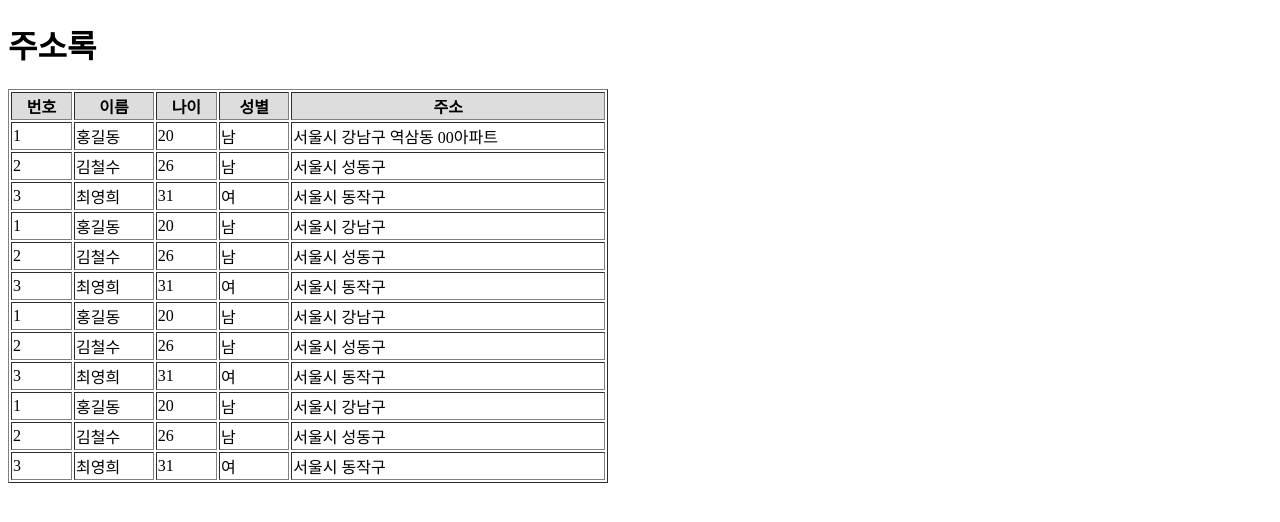
Repository: sujin9335/Front-end
Page: ClientTest/src/main/webapp/html/ex16_table.html
An editor plug-in stored every save of this project. The page is shown before and after the next save, followed by the edit.
The browser window is 1280 px wide. The pictures show the whole page.

Above is the page before, as saved 2023-09-21 01:13:47.

After the next save:
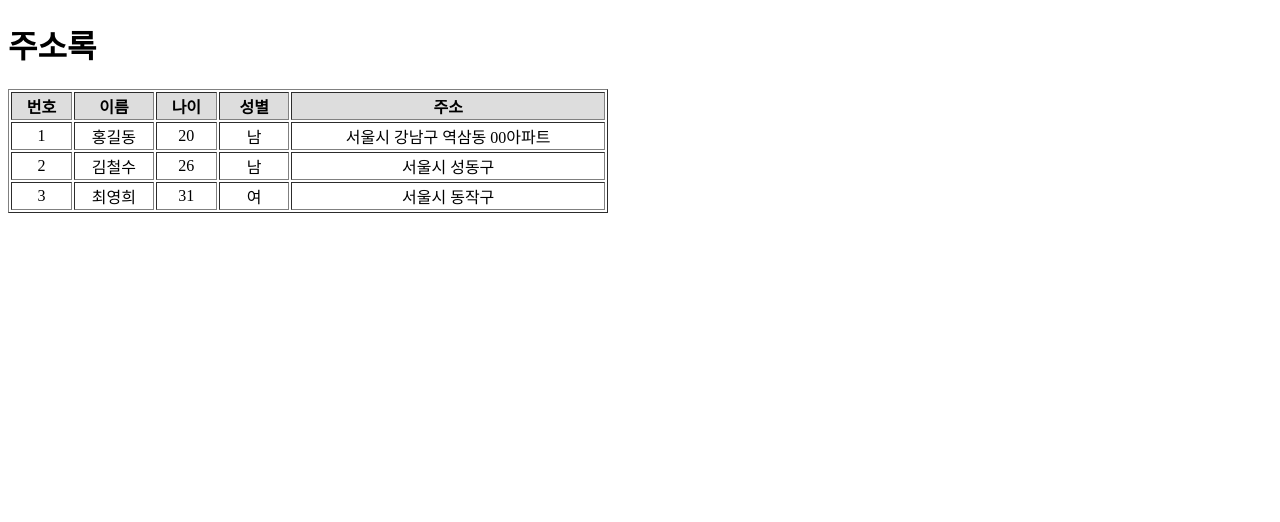
Saved 69 s later.
--- a/ClientTest/src/main/webapp/html/ex16_table.html
+++ b/ClientTest/src/main/webapp/html/ex16_table.html
@@ -42,89 +42,27 @@
 
 		-->
 		<tr>
-			<td>1</td>
-			<td>홍길동</td>
-			<td>20</td>
-			<td>남</td>
-			<td>서울시 강남구 역삼동 00아파트</td> <!-- 내용이늘면 나머지 td 가로가 줄어듬 -->
+			<td align="center">1</td>
+			<td align="center">홍길동</td>
+			<td align="center">20</td>
+			<td align="center">남</td>
+			<td align="center">서울시 강남구 역삼동 00아파트</td> <!-- 내용이늘면 나머지 td 가로가 줄어듬 -->
 		</tr>
 		<tr>
-			<td>2</td>
-			<td>김철수</td>
-			<td>26</td>
-			<td>남</td>
-			<td>서울시 성동구</td>
+			<td align="center">2</td>
+			<td align="center">김철수</td>
+			<td align="center">26</td>
+			<td align="center">남</td>
+			<td align="center">서울시 성동구</td>
 		</tr>
 		<tr>
-			<td>3</td>
-			<td>최영희</td>
-			<td>31</td>
-			<td>여</td>
-			<td>서울시 동작구</td>
+			<td align="center">3</td>
+			<td align="center">최영희</td>
+			<td align="center">31</td>
+			<td align="center">여</td>
+			<td align="center">서울시 동작구</td>
 		</tr>
-		<tr>
-			<td>1</td>
-			<td>홍길동</td>
-			<td>20</td>
-			<td>남</td>
-			<td>서울시 강남구</td>
-		</tr>
-		<tr>
-			<td>2</td>
-			<td>김철수</td>
-			<td>26</td>
-			<td>남</td>
-			<td>서울시 성동구</td>
-		</tr>
-		<tr>
-			<td>3</td>
-			<td>최영희</td>
-			<td>31</td>
-			<td>여</td>
-			<td>서울시 동작구</td>
-		</tr>
-		<tr>
-			<td>1</td>
-			<td>홍길동</td>
-			<td>20</td>
-			<td>남</td>
-			<td>서울시 강남구</td>
-		</tr>
-		<tr>
-			<td>2</td>
-			<td>김철수</td>
-			<td>26</td>
-			<td>남</td>
-			<td>서울시 성동구</td>
-		</tr>
-		<tr>
-			<td>3</td>
-			<td>최영희</td>
-			<td>31</td>
-			<td>여</td>
-			<td>서울시 동작구</td>
-		</tr>
-		<tr>
-			<td>1</td>
-			<td>홍길동</td>
-			<td>20</td>
-			<td>남</td>
-			<td>서울시 강남구</td>
-		</tr>
-		<tr>
-			<td>2</td>
-			<td>김철수</td>
-			<td>26</td>
-			<td>남</td>
-			<td>서울시 성동구</td>
-		</tr>
-		<tr>
-			<td>3</td>
-			<td>최영희</td>
-			<td>31</td>
-			<td>여</td>
-			<td>서울시 동작구</td>
-		</tr>
+
 
 
 	</table>
